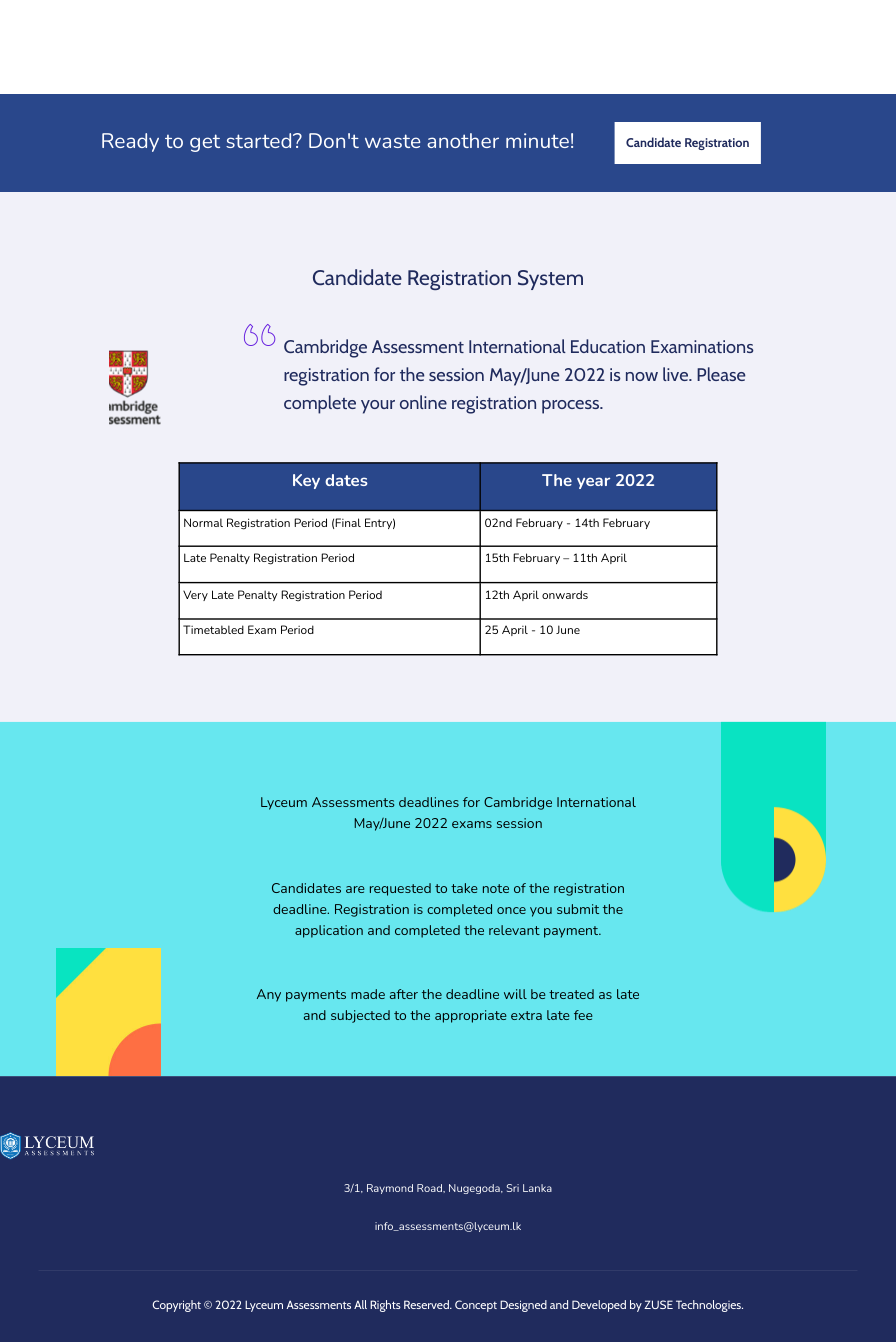
Repository: AXUSLK/LyceumAssessments-HTML
Page: index.html
These files come from the project's save history. The page is drawn as it stood at one moment and after a run of saves; the edit follows.
The browser window is 1280 px wide. The pictures show the part of the page from y = 2666 to 4586 px (the page is 4583 px tall before and 4586 px after), at 70% of full size.
Backgrounds fixed to the window are drawn as part of the page. Some web libraries are served in a nearby version.

Above is the page before, as saved 2022-01-31 15:20:50.

### index.html
<!DOCTYPE html>
<html lang="en">

<head>
	<!-- set the encoding of your site -->
	<meta charset="utf-8">
	<meta name="viewport" content="width=device-width, initial-scale=1.0">
	<!-- set the page title -->
	<title>Lyceum Assessments is a fully owned subsidiary of the Lyceum Group.</title>
	<!-- inlcude google cabin font cdn link -->
	<link
		href="https://fonts.googleapis.com/css2?family=Cabin:ital,wght@0,400;0,500;0,600;0,700;1,400;1,500;1,600;1,700&display=swap"
		rel="stylesheet">
	<!-- inlcude google nunito font cdn link -->
	<link
		href="https://fonts.googleapis.com/css2?family=Nunito:ital,wght@0,300;0,400;0,600;0,700;1,300;1,400;1,600;1,700&display=swap"
		rel="stylesheet">
	<!-- include the site bootstrap stylesheet -->
	<link rel="stylesheet" href="css/bootstrap.css">
	<!-- include the site stylesheet -->
	<link rel="stylesheet" href="style.css">
	<!-- include theme color setting stylesheet -->
	<link rel="stylesheet" href="css/colors.css">
	<!-- include the site responsive stylesheet -->
	<link rel="stylesheet" href="css/responsive.css">
</head>

<body>
	<!-- pageWrapper -->
	<div id="pageWrapper">
		<div class="phStickyWrap">

			<!-- pageHeader -->
			<header id="pageHeader" class="w-100 headerFixer">
				<div class="container">
					<!-- hdHolder -->
					<div class="hdHolder position-relative pt-2 pb-2 pt-lg-4 pb-lg-4 pt-xl-7 pb-xl-7">
						<div class="row">
							<div class="col-4 col-md-2">
								<!-- logo -->
								<div class="logo mt-1">
									<a href="javascript:void(0);">
										<img src="images/LYA__LOGO.png" class="img-fluid" alt="">
									</a>
								</div>
							</div>
							<div class="col-8 col-md-10 position-static">
								<!-- pageNav -->
								<nav id="pageNav"
									class="navbar navbar-expand-md navbar-dark justify-content-end p-0 align-items-start position-static">
									<!-- pageMainNavCollapse -->
									<div class="collapse navbar-collapse pageMainNavCollapse justify-content-end"
										id="pageMainNavCollapse">
										<!-- mainNavigation -->
										<ul class="navbar-nav mainNavigation fwSemi pt-md-2">
											<li class="nav-item">
												<a class="nav-link" href="#pageWrapper">Home <span
														class="sr-only">(current)</span></a>
											</li>
											<li class="nav-item">
												<a class="nav-link" href="#scrollToAbout">About Us</a>
											</li>
											<li class="nav-item">
												<a class="nav-link" href="#scrollToWhy">Why?</a>
											</li>
											<li class="nav-item">
												<a class="nav-link" href="#scrollToCambridge">Cambridge</a>
											</li>
											<li class="nav-item">
												<a class="nav-link" href="#scrollToContact">Contact Us</a>
											</li>
										</ul>
									</div>
									<!-- hdBtn -->
									<a href="javascript:void(0);"
										class="btn btn-info font-weight-normal text-capitalize hdBtn ml-md-3 ml-md-6 ml-lg-12 position-relative border-0 p-0"
										data-hover="Get Started">
										<span class="d-block btnText">Candidate Registration </span>
									</a>
									<!-- pageNavOpener -->
									<button class="navbar-toggler pageNavOpener ml-3" type="button"
										data-toggle="collapse" data-target="#pageMainNavCollapse"
										aria-controls="pageMainNavCollapse" aria-expanded="false"
										aria-label="Toggle navigation">
										<span class="navbar-toggler-icon"></span>
									</button>
								</nav>
							</div>
						</div>
					</div>
				</div>
			</header>
		</div>

		<main>

			<!-- Header -->
			<section class="introBlock d-flex w-100 position-relative text-white bg-secondary">
				<div class="w-100 d-flex align-items-center">
					<!-- ibHolder -->
					<div class="w-100 position-relative ibHolder py-19 py-md-23 py-xl-29">
						<div class="container">
							<div class="row align-items-center">
								<div class="col-12 col-md-6">
									<div class="captionWrap position-relative">
										<div class="wow fadeInUp" data-wow-delay="0.5s">
											<h1 class="text-white font-weight-bold mb-5"> The best route for your
												education
											</h1>
										</div>
										<div class="wow fadeInUp" data-wow-delay="1s">
											<p>Don't waste another minute, concentrate on your studies!</p>
										</div>
										<div class="wow fadeInUp" data-wow-delay="1.5s">
											<a href="#scrollToWhy"
												class="btn btn-info btnMin align-top mt-6 p-0 border-0 position-relative"
												data-hover="Why Us?">
												<span class="d-block btnText">Why?</span>
											</a>
										</div>
									</div>
								</div>
								<div class="col-12 col-md-6 d-none d-md-block imageWrap wow bounceInRight"
									data-wow-delay="2s">
									<!-- imgHolder -->
									<div class="imgHolder pl-7 pl-xl-12 position-relative">
										<img src="./images/header.png">
									</div>
								</div>
							</div>
						</div>
					</div>
				</div>
				<!-- svgBg -->
				<svg class="svgBg">
					<defs>
						<clipPath id="path01" clipPathUnits="objectBoundingBox">
							<path d="M 1 0 L 0.93 0 C 0.7 0.18 0.77 0.26 0.51 0.34 Q 0.36 0.38 0.52 1 L 1 1 Z"></path>
						</clipPath>
					</defs>
					<rect width="100%" height="100%" style="clip-path: url(#path01);" fill="#7730ef"></rect>
				</svg>
				<!-- ibBgPattern -->
				<span class="position-absolute w-100 h-100 ibBgPattern"
					style="background-image: url(images/bgShapes01.png);"></span>
			</section>

			<!-- Partners -->
			<aside class="sponsorsAside position-relative text-center">
				<div class="container">
					<div class="bg-white mt-n12 mt-md-n15 shadow-lg py-4 py-md-7">
						<!-- logosSlider -->
						<div class="logosSlider">

							<!-- slide -->
							<div>
								<!-- logoWrap -->
								<div class="logoWrap">
									<img src="images/lyceum_school.png" class="img-fluid" alt="stylus">
								</div>
							</div>
							<!-- slide -->
							<div>
								<!-- logoWrap -->
								<div class="logoWrap">
									<img src="images/lyceum_placements.png" class="img-fluid" alt="drkht">
								</div>
							</div>
							<!-- slide -->
							<div>
								<!-- logoWrap -->
								<div class="logoWrap">
									<img src="images/lyceum_assessments.png" class="img-fluid" alt="Brook.">
								</div>
							</div>

						</div>
					</div>
				</div>
			</aside>

			<!-- About -->
			<div id="scrollToAbout" class="mt-md-n12 mt-lg-n14 pt-md-12 pt-lg-14">
				<!-- featureBlock -->
				<section class="featureBlock pt-8 pt-md-13 pt-lg-19 pt-xl-23">
					<div class="container">
						<!-- afColumn -->
						<article class="afColumn mb-7 mb-md-11 mb-lg-18">
							<div class="row align-items-center">
								<div class="col-12 col-md-6 wow slideInRight">
									<div class="extraWrap pl-md-7 pl-lg-14">
										<!-- titleWrap -->
										<header class="titleWrap">
											<h3 class="mb-5">About Lyceum Assessments</h3>
											<p>Lyceum Assessments is a fully owned subsidiary of the Lyceum Group. We
												are focusing on
												conducting, administering and offering competitive international and
												Lyceum examinations to
												students island-wide.
											</p>
											<p>
												Lyceum Assessments (Pvt) Limited was incorporated as a private limited
												company under the
												Companies Act of Sri Lanka on 27th July 2021.</p>
										</header>
										<!-- afTabsList -->
										<ul class="nav nav-tabs afTabsList border-0 fontAlter fwMedium mt-8" id="myTab"
											role="tablist">
											<li class="nav-item" role="presentation">
												<a class="nav-link active" id="analytics-tab" data-toggle="tab"
													href="#analytics" role="tab" aria-controls="analytics"
													aria-selected="true">Our Vision</a>
											</li>
											<li class="nav-item" role="presentation">
												<a class="nav-link" id="traffic-tab" data-toggle="tab" href="#traffic"
													role="tab" aria-controls="traffic" aria-selected="false">Our
													Mission</a>
											</li>
										</ul>
										<!-- myTabContent -->
										<div class="tab-content" id="myTabContent">
											<div class="tab-pane fade show active" id="analytics" role="tabpanel"
												aria-labelledby="analytics-tab">
												<div class="mtctWrap overflow-hidden pt-5">
													<p>To become the market leader in the administration of assessments
														in the region.</p>
												</div>
											</div>
											<div class="tab-pane fade" id="traffic" role="tabpanel"
												aria-labelledby="traffic-tab">
												<div class="mtctWrap overflow-hidden pt-5">
													<p>To provide the expertise required to assess learning at different
														levels of education by making
														globally recognized awards and qualifications accessible &
														affordable to all while ensuring
														international quality standards.</p>
												</div>
											</div>
										</div>
									</div>
								</div>

								<div class="col-12 col-md-6 wow slideInLeft">
									<!-- imgHolder -->
									<div class="imgHolder position-relative mx-auto mb-4 mb-md-0">
										<img src="./images/about.png" class="img-fluid" alt="image description">
										<!-- bgPattern -->
										<span class="bgPattern position-absolute"
											style="background-image: url(images/bgShapes03.png);"></span>
									</div>
								</div>
							</div>
						</article>
					</div>
				</section>
			</div>

			<!-- allFeatBlock -->
			<section id="scrollToWhy" class="allFeatBlock pb-3 pb-lg-10 pb-xl-14">
				<div class="container">
					<!-- afColumnsWrap -->
					<div class="afColumnsWrap">
						<!-- afColumn -->
						<article class="afColumn mb-7 mb-md-11 mb-lg-18">
							<div class="row align-items-center">
								<div class="col-12 col-md-6 wow slideInLeft">
									<!-- imgHolder -->
									<div class="imgHolder position-relative mx-auto mb-4 mb-md-0">
										<img src="./images/lyceum_group.png" class="img-fluid" alt="image description">
										<!-- bgPattern -->
										<span class="bgPattern position-absolute"
											style="background-image: url(images/bgShapes03.png);"></span>
									</div>
								</div>
								<div class="col-12 col-md-6 wow slideInRight">
									<div class="extraWrap pl-md-7 pl-lg-14">
										<!-- titleWrap -->
										<header class="titleWrap">
											<h3 class="mb-5">The Lyceum Group</h3>
										</header>
										<p>
										<p>Lyceum group allows the students to grow with international ideals and
											character, in a multi-ethnic, multi-cultural and multi-religious, school
											environment. Academic and co-curricular programmes conducted by Lyceum
											International Schools, fully complying with international standards.</p>
										<p>The Honourable Dr. Mohan Lal Grero, a visionary educator founded Lyceum
											International Schools in 1993 to provide English medium education up to
											Grade 12. The school is non-profit organization, which is co-educational and
											committed to the pursuit of excellence in teaching and learning in the
											English medium, which is accessible and affordable to all within the
											socio-cultural environment of Sri Lanka.</p>
										<p>Lyceum Placements and Lyceum Assessments are the latest additions to the
											Lyceum Group</p>
										</p>
									</div>
								</div>
							</div>
						</article>
						<!-- afColumn -->
						<article class="afColumn mb-7 mb-md-11 mb-lg-18">
							<div class="row align-items-center">
								<div class="col-12 col-md-6 wow slideInLeft">
									<!-- imgHolder -->
									<div class="imgHolder position-relative mx-auto mb-4 mb-md-0">
										<img src="./images/cambridge.png" class="img-fluid" alt="image description">
										<!-- bgPattern -->
										<span class="bgPattern position-absolute"
											style="background-image: url(images/bgShapes03.png);"></span>
									</div>
								</div>
								<div class="col-12 col-md-6 wow slideInRight">
									<div class="extraWrap pr-md-7 pr-lg-14">
										<!-- titleWrap -->
										<header class="titleWrap">
											<h3 class="mb-5">Cambridge International Examinations</h3>
											<p>
											<p>Cambridge Assessment International Education prepares school students for
												life, helping them develop an informed curiosity and a lasting passion
												for learning.</p>
											<p>Cambridge international qualifications are recognized by the
												world&rsquo;s best universities and employers, giving students a wide
												range of options in their education and career. As a not-for-profit
												organization, Cambridge devotes their resources to delivering
												high-quality educational programs that can unlock learners' potential.
											</p>
											</p>
										</header>

									</div>
								</div>
							</div>
						</article>
					</div>
				</div>
			</section>

			<!-- tryPetAside -->
			<aside class="tryPetAside text-center text-white py-5 py-lg-8 wow pulse">
				<div class="container">
					<p class="mb-0">Ready to get started? Don't waste another minute! <a href="javascript:void(0);"
							class="btn btnWhite mt-3 mt-md-0 mx-md-4 mx-lg-10 btnMin p-0 border-0 position-relative"
							data-hover="Try it"><span class="d-block btnText">Candidate Registration</span></a></p>
				</div>
			</aside>

			<div id="scrollToCambridge" class="mt-md-n12 mt-lg-n14 pt-md-12 pt-lg-14 wow fadeIn" data-wow-delay="1s">
				<!-- testimonialsBlock -->
				<article
					class="testimonialsBlock bg-light pt-7 pb-5 pt-md-9 pb-md-7 pt-lg-14 pb-lg-12 pt-xl-21 pb-xl-19">
					<div class="container">
						<header class="text-center mb-8">
							<h2 class="h4 font-weight-normal">Candidate
								Registration System</h2>
						</header>
						<div class="row">
							<div class="col-12 col-md-10 offset-md-1">
								<!-- quotesSlider -->
								<div class="quotesSlider">
									<div>
										<!-- clientQuote -->
										<blockquote
											class="clientQuote fontAlter position-relative text-primary pt-25 pt-sm-0 pl-sm-40 pl-xl-50 mb-0">
											<q class="d-block position-relative mb-7 pt-4 pl-12 pl-sm-0">Cambridge
												Assessment International Education Examinations registration for the
												session May/June
												2022 is now live. Please complete your online registration
												process. </q>
											<cite class="d-block pl-12 pl-sm-0">
												<!-- profilePicWrap -->
												<span
													class="profilePicWrap position-absolute overflow-hidden rounded-circle">
													<img src="./images/cambridge_logo.png"
														class="img-fluid w-100 h-100 imgFit rounded-circle"
														alt="Donald Salvor || Global Initiative">
												</span>

											</cite>
										</blockquote>
									</div>
								</div>
							</div>
						</div>
						<div class="row">
							<div class="col-md-2"></div>
							<div class="col-md-8">
								<table class="infoTable">
									<tbody>
										<tr>
											<th width="298">
												<p><strong>Key dates</strong></p>
											</th>
											<th width="234">
												<p><strong>The year 2022</strong></p>
											</th>
										</tr>
										<tr>
											<td width="298">
												<p>Normal Registration Period (Final Entry)</p>
											</td>
											<td width="234">
												<p>02nd February - 14th February</p>
											</td>
										</tr>
										<tr>
											<td width="298">
												<p>Late Penalty Registration Period</p>
											</td>
											<td width="234">
												<p>15th February &ndash; 11th April</p>
											</td>
										</tr>
										<tr>
											<td width="298">
												<p>Very Late Penalty Registration Period</p>
											</td>
											<td width="234">
												<p>12th April onwards</p>
											</td>
										</tr>
										<tr>
											<td width="298">
												<p>Timetabled Exam Period</p>
											</td>
											<td width="234">
												<p>25 April - 10 June</p>
											</td>
										</tr>
									</tbody>
								</table>
							</div>
							<div class="col-md-2"></div>

						</div>

					</div>
				</article>
			</div>

			<!-- getStartedAside -->
			<aside
				class="getStartedAside textMedium position-relative d-flex w-100 bg-info text-center overflow-hidden">
				<div class="d-flex w-100 gsaHolder align-items-center">
					<div class="w-100 py-7">
						<div class="container">
							<div class="row">
								<div
									class="col-12 col-md-10 offset-md-1 col-lg-8 offset-lg-2 col-xl-6 offset-xl-3 wow wobble">
									<!-- <h1 class="h1Medium fontBase font-weight-normal mb-4">Let us help you with your
										design hassles</h1> -->

									<div class="infoTableP">
										<p>&nbsp;</p>
										<p>Lyceum Assessments deadlines for Cambridge International May/June 2022 exams
											session</p>
										<p>&nbsp;</p>
										<p>Candidates are requested to take note of the registration deadline.
											Registration
											is completed once you submit the application and completed the relevant
											payment.
										</p>
										<p>&nbsp;</p>
										<p>Any payments made after the deadline will be treated as late and subjected to
											the
											appropriate extra late fee</p>
									</div>

								</div>
							</div>
						</div>
					</div>
				</div>
				<span class="bgPattern bgPatterni inaccessible position-absolute wow bounceInDown" data-wow-delay="1s">
					<img src="images/bgShapes05.png" class="img-fluid" alt="image description">
				</span>
				<span class="bgPattern bgPatternii inaccessible position-absolute  wow bounceInUp" data-wow-delay="1s">
					<img src="images/bgShapes04.jpg" class="img-fluid" alt="image description">
				</span>
			</aside>

		</main>

		<!-- Footer -->
		<div class="ftAreaWrap bg-primary text-gray777fa1 wow fadeIn" data-wow-delay="0.5s">
			<!-- footerAside -->
			<aside id="scrollToContact"
				class="footerAside pt-20 pt-md-10 pt-lg-16 pb-1 pb-md-4 position-relative text-center text-sm-left">
				<div class="">
					<!-- ftLogo -->
					<div class="ftLogo mb-6 mx-auto mx-md-0 centerDivItem">
						<a href="javascript:void(0);">
							<img src="images/LYA__LOGO.png" class="img-fluid " alt="">
						</a>
					</div>

					<!-- ftAddress -->
					<address class="centerDivItem ftAddress text-center text-md-left mb-6 mt-6 mt-md-0">3/1, Raymond
						Road,
						Nugegoda, Sri Lanka</address>

					<address class="centerDivItem ftAddress text-center text-md-left mb-6 mt-6 mt-md-0">
						info_assessments@lyceum.lk</address>
				</div>
			</aside>
			<!-- pageFooter -->
			<footer id="pageFooter" class="text-center fontAlter">
				<div class="container">
					<!-- pfHolder -->
					<div class="pfHolder pt-7 pb-5">
						<p>Copyright © 2022 Lyceum Assessments All Rights
							Reserved. Concept Designed and Developed by
							<a target="_blank" href="https://zuse.lk/">ZUSE Technologies.</a>
						</p>
					</div>
				</div>
			</footer>
		</div>

	</div>
	<!-- include jQuery library -->
	<script src="js/jquery-3.4.1.min.js"></script>
	<!-- include bootstrap popper JavaScript -->
	<script src="js/popper.min.js"></script>
	<!-- include bootstrap JavaScript -->
	<script src="js/bootstrap.min.js"></script>
	<!-- include custom JavaScript -->
	<script src="js/jqueryCustom.js"></script>
	<!-- include fontAwesome -->
	<script src="https://kit.fontawesome.com/391f644c42.js"></script>
</body>

</html>

### css/colors.css
.btnTheme .btnText,
#pageHeader.fixedPosition,
.featColumn:before,
.tryPetAside,
.ftSocialNetworks > li > a:hover {
	background-color: #29478b;
}

.btnTheme:before,
.afDefList .icn,
.afTabsList .nav-link.active,
.clientQuote q:before,
.tickList > li:before {
	color: #6720df;
}

.btnTheme:before,
.btnTheme .btnText,
.afTabsList .nav-link.active {
	border-color: #6720df;
}

Loaded but not shown: css/bootstrap.css (library); js/jquery-3.4.1.min.js (library); js/popper.min.js (library); js/bootstrap.min.js (library); js/jqueryCustom.js (771 lines, source omitted); style.css (4758 lines, source omitted); css/responsive.css (209 lines, source omitted)

After the next 2 saves:
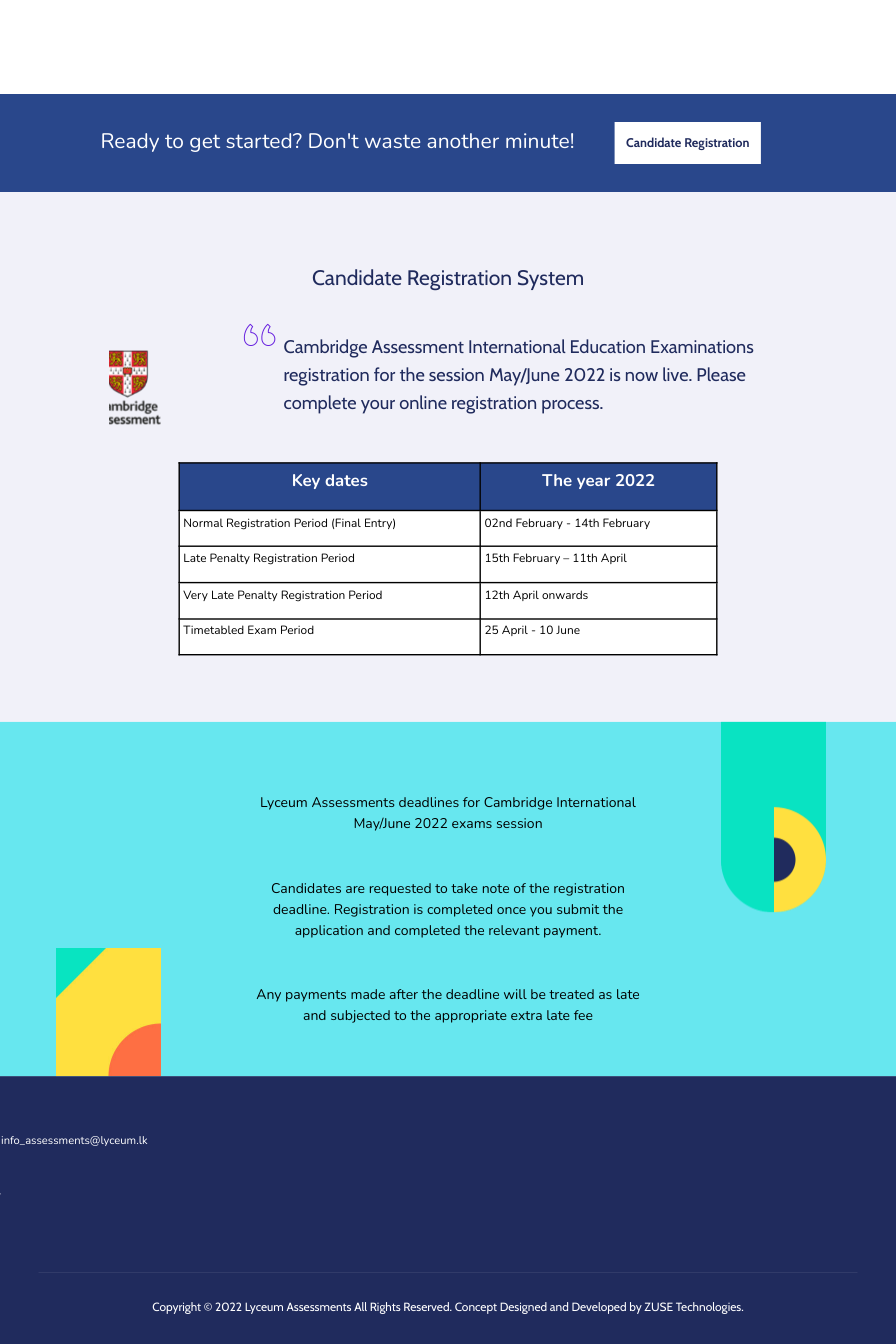
The 2 saves are shown as one change because they came seconds apart.
The last was saved 9 s later.
--- a/index.html
+++ b/index.html
@@ -490,15 +490,17 @@
 						<a href="javascript:void(0);">
 							<img src="images/LYA__LOGO.png" class="img-fluid " alt="">
 						</a>
+
+						<address class="centerDivItem ftAddress text-center text-md-left mb-6 mt-6 mt-md-0">3/1, Raymond
+							Road,
+							Nugegoda, Sri Lanka</address>
+
+						<address class="centerDivItem ftAddress text-center text-md-left mb-6 mt-6 mt-md-0">
+							info_assessments@lyceum.lk</address>
 					</div>
 
 					<!-- ftAddress -->
-					<address class="centerDivItem ftAddress text-center text-md-left mb-6 mt-6 mt-md-0">3/1, Raymond
-						Road,
-						Nugegoda, Sri Lanka</address>
-
-					<address class="centerDivItem ftAddress text-center text-md-left mb-6 mt-6 mt-md-0">
-						info_assessments@lyceum.lk</address>
+
 				</div>
 			</aside>
 			<!-- pageFooter -->
